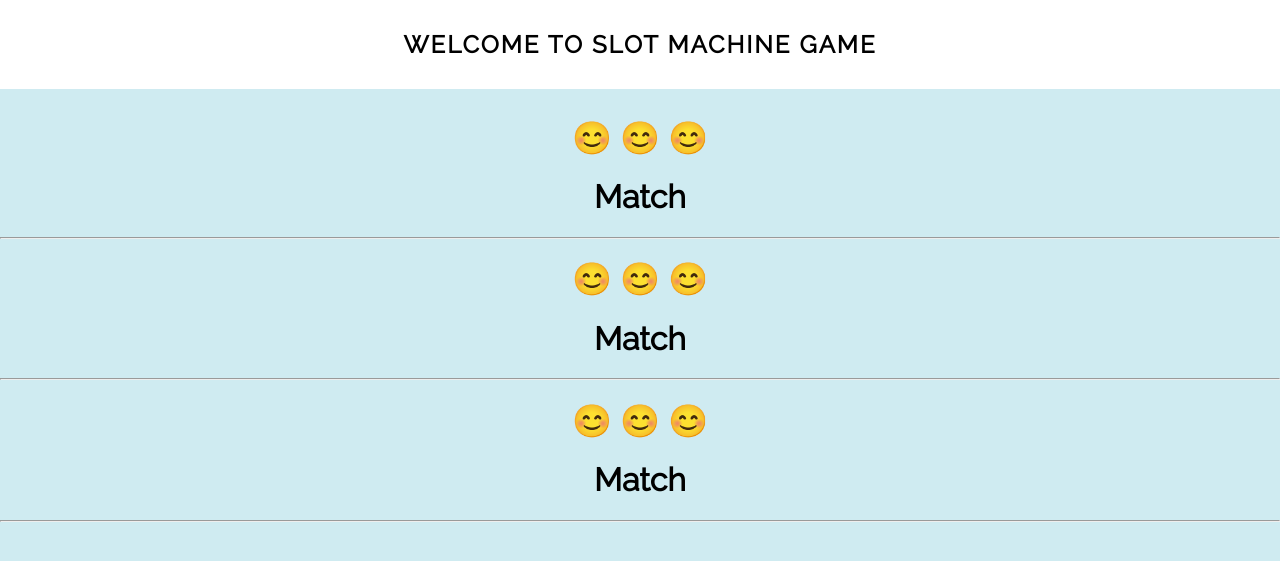
Repository: duggallakshya/slotMachineReact
Page: /
These files come from the project's save history. The page is drawn as it stood at one moment and after the next save; the edit follows.
The browser window is 1280 px wide. The pictures show the whole page.
The project was rebuilt for these pictures with package versions that can differ from the ones it lists, and the page was loaded fresh each time.

Above is the page before, as saved 2022-03-22 22:18:00.

After the next save:
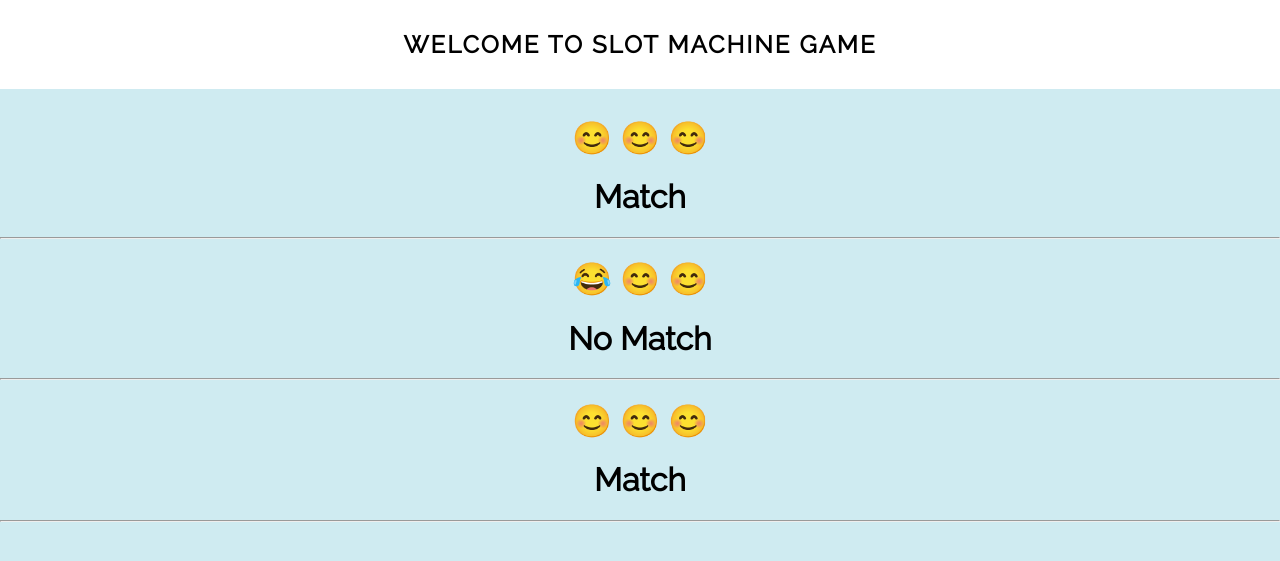
Saved 104 s later.
--- a/src/App.jsx
+++ b/src/App.jsx
@@ -40,7 +40,7 @@ const App = () => {
             <h1 className="heading-style"> Welcome to Slot machine game </h1>
             <div>
                 <SlotMachine x ='😊' y ='😊' z ='😊'/>
-                <SlotMachine x ='😊' y ='😊' z ='😊'/>
+                <SlotMachine x ='😂' y ='😊' z ='😊'/>
                 <SlotMachine x ='😊' y ='😊' z ='😊'/>
             </div>
         </>
